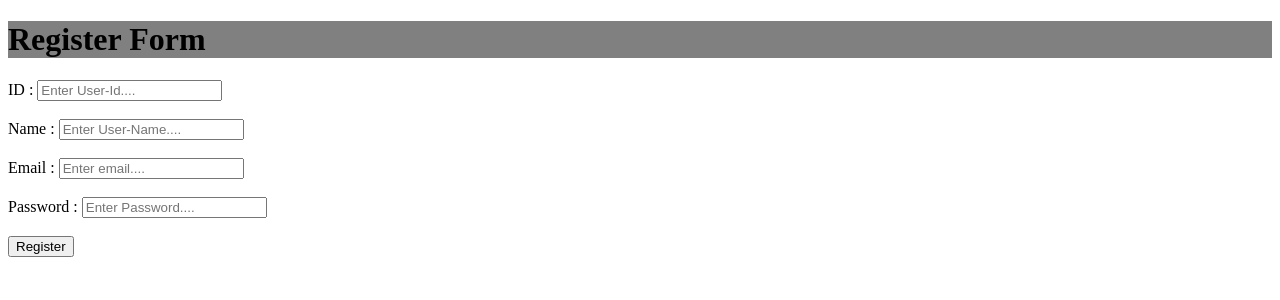
Repository: abhinavk718/servlet-project
Page: empwebapp/WebContent/register.html
The author's editor kept a copy of each file at every save. The page is drawn from the files as they stood at one save, then again after the next save.
The browser window is 1280 px wide. The pictures show the whole page.

Above is the page before, as saved 2019-11-15 09:20:12.

After the next save:
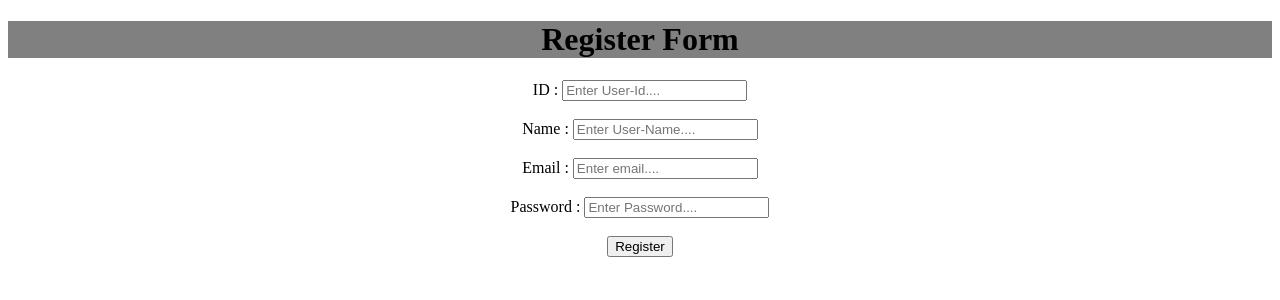
Saved 3 min 58 s later.
--- a/empwebapp/WebContent/register.html
+++ b/empwebapp/WebContent/register.html
@@ -5,7 +5,7 @@
 <title>Register here</title>
 </head>
 <body>
-<form action="" class="col-md-4 offset-4 mt-5 mb-5 card card-body" method="post">
+<form action="" class="col-md-4 offset-4 mt-5 mb-5 card card-body" method="post" align="center">
     <h1 class="text-center" style="background-color: gray;">Register Form</h1>
     <div class="formgroup">
        ID : <input type="text" name="id"class="form-control mb-1" placeholder="Enter User-Id....">

After the save that followed:
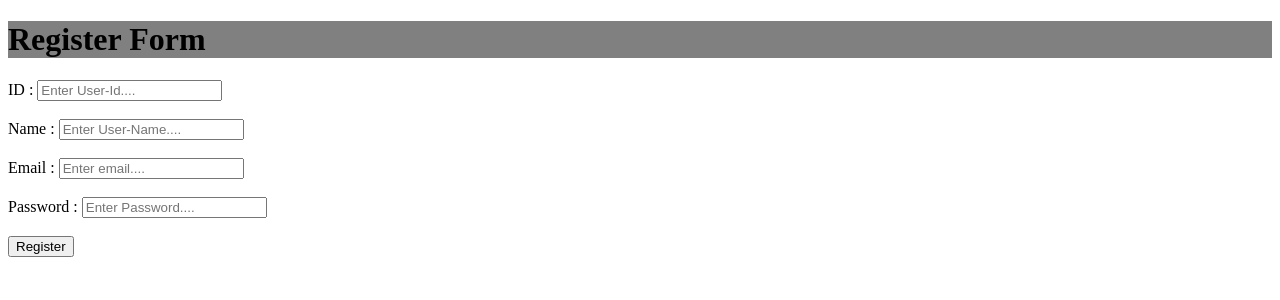
Saved 77 s later.
--- a/empwebapp/WebContent/register.html
+++ b/empwebapp/WebContent/register.html
@@ -5,7 +5,7 @@
 <title>Register here</title>
 </head>
 <body>
-<form action="" class="col-md-4 offset-4 mt-5 mb-5 card card-body" method="post" align="center">
+<form action="" class="col-md-4 offset-4 mt-5 mb-5 card card-body" method="post">
     <h1 class="text-center" style="background-color: gray;">Register Form</h1>
     <div class="formgroup">
        ID : <input type="text" name="id"class="form-control mb-1" placeholder="Enter User-Id....">
